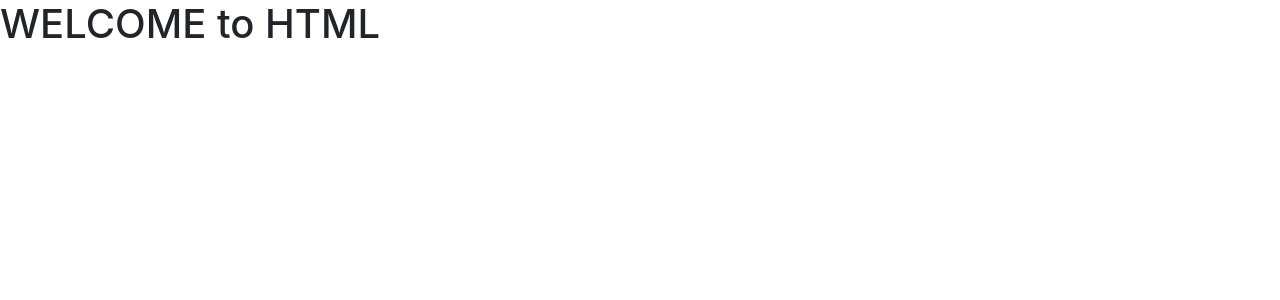
Repository: Green-Technologies-Angular/HTML
Page: index.html
The author's editor kept a copy of each file at every save. The page is drawn from the files as they stood at one save, then again after the next save.
The browser window is 1280 px wide. The pictures show the whole page.
Some web libraries are served in a nearby version.

Above is the page before, as saved 2019-01-29 10:10:45.

### index.html
<!DOCTYPE html>
<html>
<head>
<title>Title of the document</title>
<link rel="stylesheet" href="https://stackpath.bootstrapcdn.com/bootstrap/4.2.1/css/bootstrap.min.css" integrity="sha384-GJzZqFGwb1QTTN6wy59ffF1BuGJpLSa9DkKMp0DgiMDm4iYMj70gZWKYbI706tWS" crossorigin="anonymous">
</head>

<body>
<h1>WELCOME to HTML</h1>

<script src="https://code.jquery.com/jquery-3.3.1.slim.min.js" integrity="sha384-q8i/X+965DzO0rT7abK41JStQIAqVgRVzpbzo5smXKp4YfRvH+8abtTE1Pi6jizo" crossorigin="anonymous"></script>
<script src="https://cdnjs.cloudflare.com/ajax/libs/popper.js/1.14.6/umd/popper.min.js" integrity="sha384-wHAiFfRlMFy6i5SRaxvfOCifBUQy1xHdJ/yoi7FRNXMRBu5WHdZYu1hA6ZOblgut" crossorigin="anonymous"></script>
<script src="https://stackpath.bootstrapcdn.com/bootstrap/4.2.1/js/bootstrap.min.js" integrity="sha384-B0UglyR+jN6CkvvICOB2joaf5I4l3gm9GU6Hc1og6Ls7i6U/mkkaduKaBhlAXv9k" crossorigin="anonymous"></script>
</body>

</html>

After the next save:
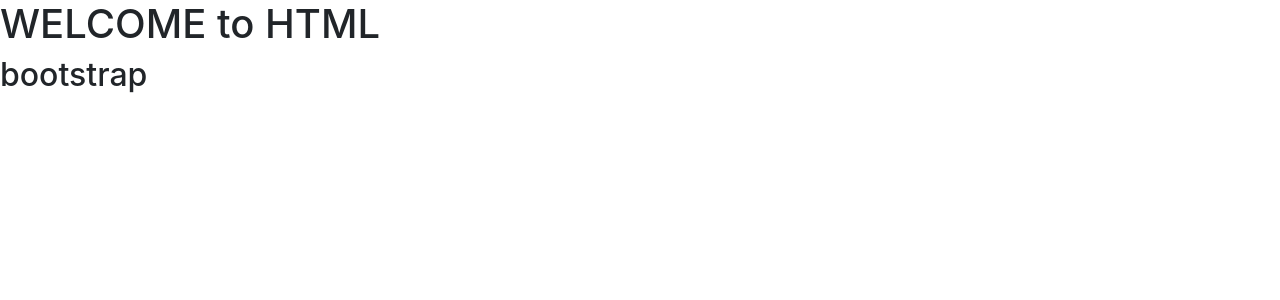
Saved 50 s later.
--- a/index.html
+++ b/index.html
@@ -7,6 +7,7 @@
 
 <body>
 <h1>WELCOME to HTML</h1>
+<h2>bootstrap</h2>
 
 <script src="https://code.jquery.com/jquery-3.3.1.slim.min.js" integrity="sha384-q8i/X+965DzO0rT7abK41JStQIAqVgRVzpbzo5smXKp4YfRvH+8abtTE1Pi6jizo" crossorigin="anonymous"></script>
 <script src="https://cdnjs.cloudflare.com/ajax/libs/popper.js/1.14.6/umd/popper.min.js" integrity="sha384-wHAiFfRlMFy6i5SRaxvfOCifBUQy1xHdJ/yoi7FRNXMRBu5WHdZYu1hA6ZOblgut" crossorigin="anonymous"></script>

After the save that followed:
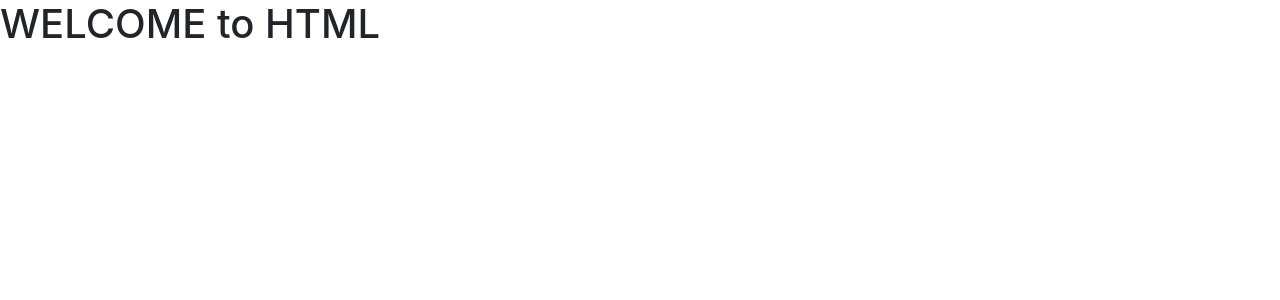
Saved 13 s later.
--- a/index.html
+++ b/index.html
@@ -7,7 +7,6 @@
 
 <body>
 <h1>WELCOME to HTML</h1>
-<h2>bootstrap</h2>
 
 <script src="https://code.jquery.com/jquery-3.3.1.slim.min.js" integrity="sha384-q8i/X+965DzO0rT7abK41JStQIAqVgRVzpbzo5smXKp4YfRvH+8abtTE1Pi6jizo" crossorigin="anonymous"></script>
 <script src="https://cdnjs.cloudflare.com/ajax/libs/popper.js/1.14.6/umd/popper.min.js" integrity="sha384-wHAiFfRlMFy6i5SRaxvfOCifBUQy1xHdJ/yoi7FRNXMRBu5WHdZYu1hA6ZOblgut" crossorigin="anonymous"></script>
